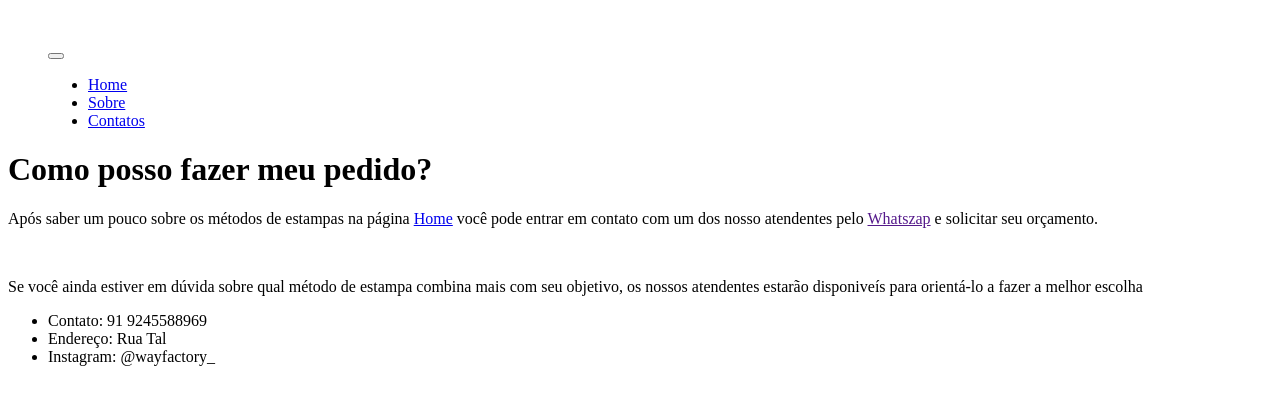
Repository: Leonngc/way-factory
Page: order.html
These files come from the project's save history. The page is drawn as it stood at one moment and after the next save; the edit follows.
The browser window is 1280 px wide. The pictures show the whole page.
Some icons come from a web library that is not loaded, so they are not drawn.

Above is the page before, as saved 2023-02-10 11:32:20.

### order.html
<!DOCTYPE html>
<html lang="pt-br">
<head>
    <meta charset="UTF-8">
    <meta http-equiv="X-UA-Compatible" content="IE=edge">
    <meta name="viewport" content="width=device-width, initial-scale=1.0">
    <script src="scripts/menu.js" defer></script>
    <link
      rel="stylesheet"
      href="https://cdn-uicons.flaticon.com/uicons-bold-rounded/css/uicons-bold-rounded.css"
    />
    <link rel="stylesheet" href="styles/order.css">
    <title>Como fazer seu pedido</title>
</head>
<body>
    <header>
        <img src="" alt="" id="logo" />
      <menu>
        <button id="menu-burguer"><i class="fi fi-br-menu-burger" ></i></button>
        <ul id="links-menu">

          <li><a href="index.html" target="_parent">Home</a></li>
          <li><a href="about.html" target="_parent">Sobre</a></li>
          <li><a href="contacts.html" target="_parent">Contatos</a></li>
        </ul>
      </menu>
    </header>

    <main>
        <h1>Como posso fazer meu pedido?</h1>
        <div>
            <p>Após saber um pouco sobre os métodos de estampas na página <a href="index.html">Home</a>
            você pode entrar em contato  com um dos nosso atendentes pelo <a href="">Whatszap</a> e solicitar seu orçamento.
            </p>
        </div>
        <div>
            <img src="" alt="">
        </div>
        <div>
            <p>Se você ainda estiver em dúvida sobre qual método de estampa combina mais com seu objetivo, os nossos atendentes estarão disponiveís para orientá-lo a fazer a melhor escolha</p>
        </div>
    </main>
    <footer>
        <ul>
            <li>Contato: 91 9245588969</li>
            <li>Endereço: Rua Tal</li>
            <li>Instagram: @wayfactory_</li>
        </ul>
    </footer>
</body>
</html>

### scripts/menu.js
//  CONFIGURATIONS OF MENU

let menu = document.getElementById('menu-burguer');
const linkMenu = document.getElementById('links-menu');

menu.addEventListener('click', event =>{
    if(linkMenu.style.display == 'none'){
    linkMenu.style.display = 'block'} else{
        linkMenu.style.display = 'none'
    }
})

Loaded but not shown: styles/order.css (no stored copy; drawn as an empty file)

After the next save:
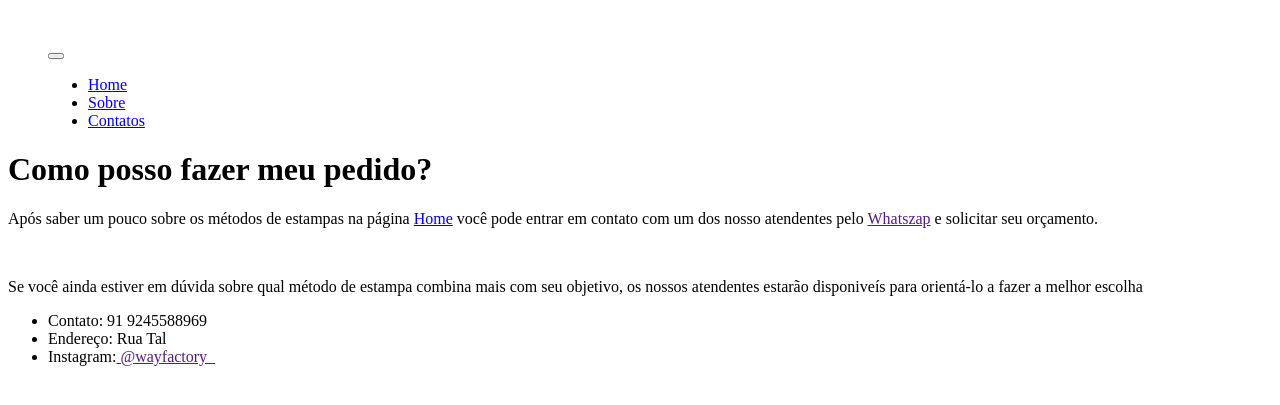
Saved 9 s later.
--- a/order.html
+++ b/order.html
@@ -44,7 +44,7 @@
         <ul>
             <li>Contato: 91 9245588969</li>
             <li>Endereço: Rua Tal</li>
-            <li>Instagram: @wayfactory_</li>
+            <li>Instagram:<a href=""> @wayfactory_</a></li>
         </ul>
     </footer>
 </body>
